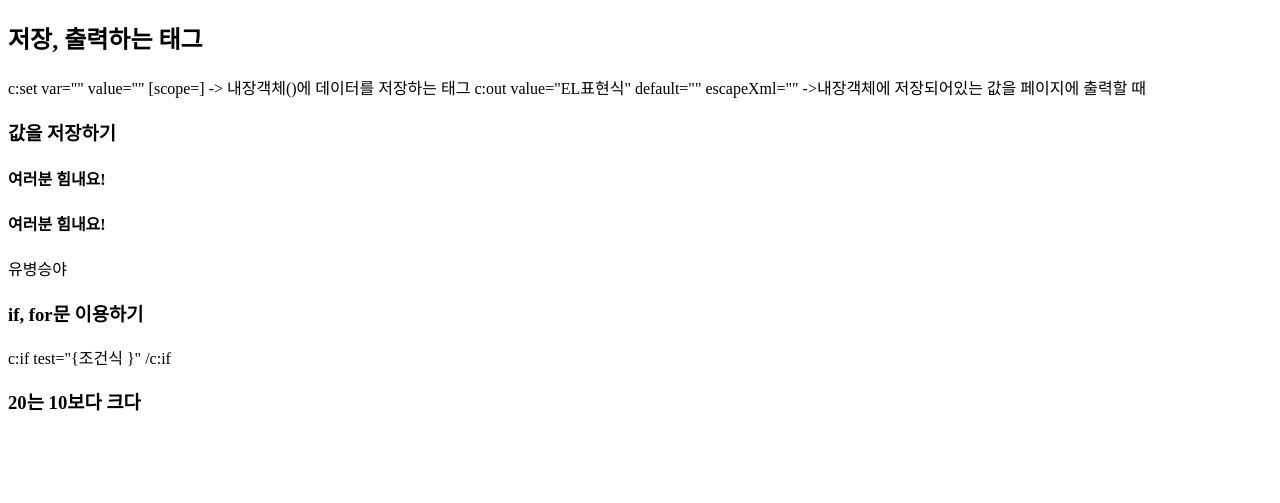
Repository: simjiho/week
Page: http://localhost/el_jstl/views/jstl/02_controltag.jsp
An editor plug-in stored every save of this project. The page is shown before and after the next save, followed by the edit.
The browser window is 1280 px wide. The pictures show the whole page.
The page is served by Tomcat 9.

Above is the page before, as saved 2024-04-20 06:28:41.

After the next save:
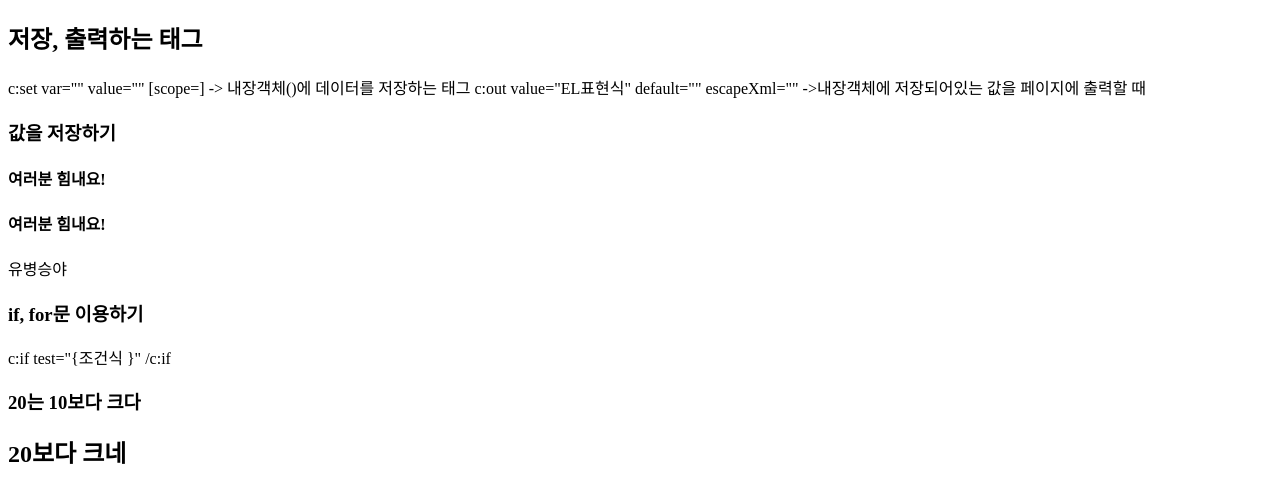
Saved 27 s later.
--- a/workspace/el_jstl/src/main/webapp/views/jstl/02_controltag.jsp
+++ b/workspace/el_jstl/src/main/webapp/views/jstl/02_controltag.jsp
@@ -41,7 +41,7 @@
 	</c:if>
 	<c:if test="${su>5 }">
 		<c:if test="${su>10 }">
-
+			<h2>20보다 크네</h2>
 		</c:if>
 	</c:if>
 
